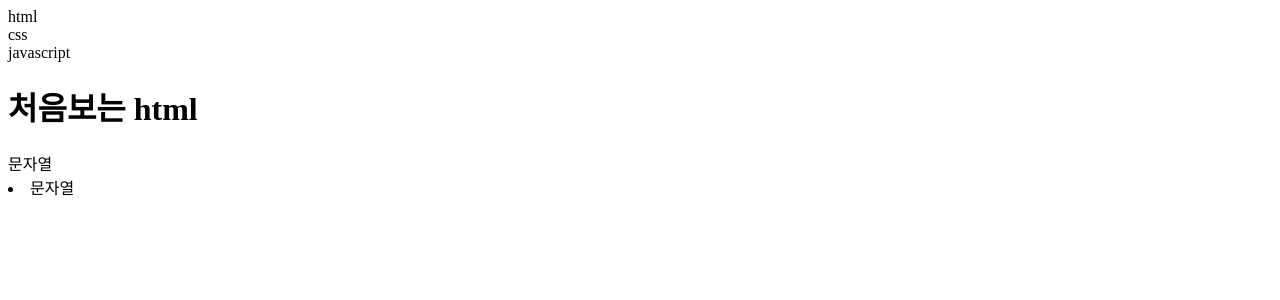
Repository: rightsecond3/java52
Page: workspace_script/dev_html/WebContent/html_day1/basicEl.html
An editor plug-in stored every save of this project. The page is shown before and after the next save, followed by the edit.
The browser window is 1280 px wide. The pictures show the whole page.

Above is the page before, as saved 2019-06-04 03:04:34.

After the next save:
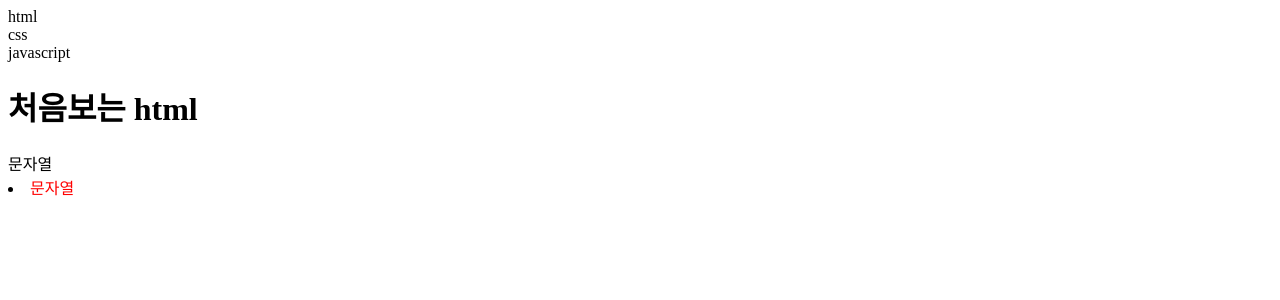
Saved 13 s later.
--- a/workspace_script/dev_html/WebContent/html_day1/basicEl.html
+++ b/workspace_script/dev_html/WebContent/html_day1/basicEl.html
@@ -14,6 +14,6 @@
 javascript
 <h1>처음보는 html</h1>
 문자열<!-- 태그이름은 없고 값이긴 하다. -->
-<li><font coloer="red">문자열</font></li>
+<li><font color="red">문자열</font></li>
 </body>
 </html>

After the save that followed:
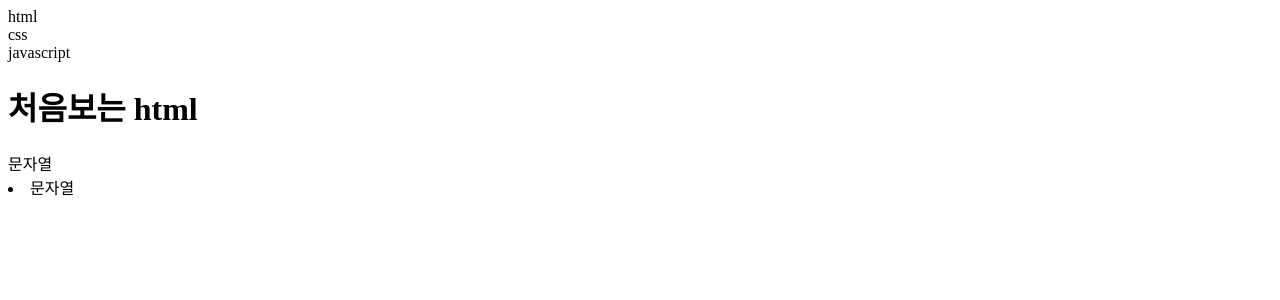
Saved 14 s later.
--- a/workspace_script/dev_html/WebContent/html_day1/basicEl.html
+++ b/workspace_script/dev_html/WebContent/html_day1/basicEl.html
@@ -14,6 +14,6 @@
 javascript
 <h1>처음보는 html</h1>
 문자열<!-- 태그이름은 없고 값이긴 하다. -->
-<li><font color="red">문자열</font></li>
+<li><font colodr="red">문자열</font></li>
 </body>
 </html>
